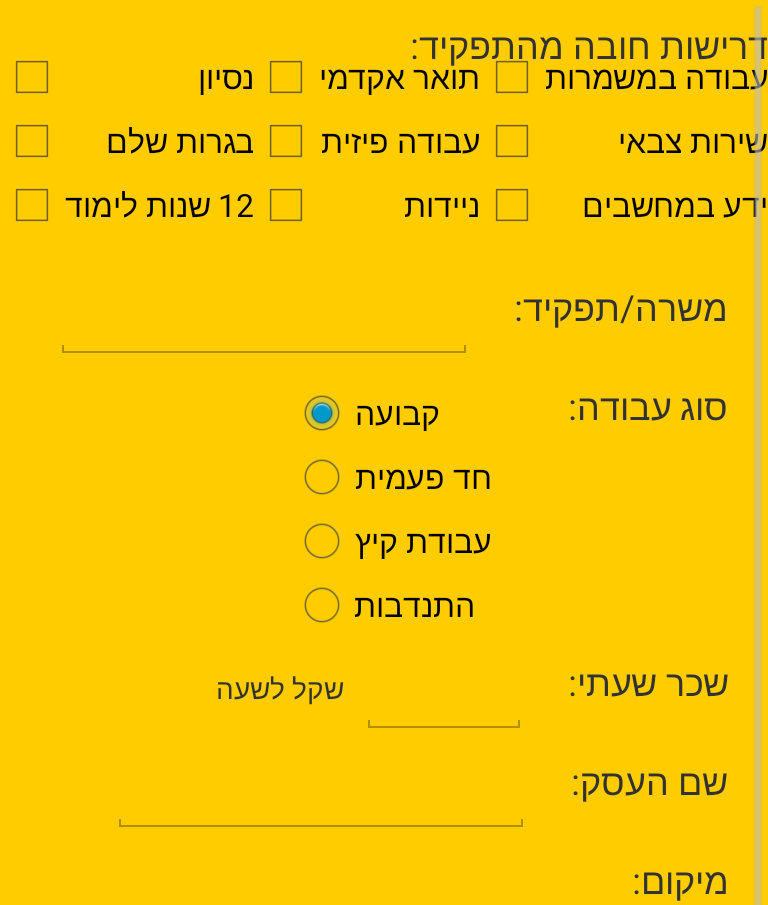
Repository: rodi055/jobli
Layout: Jobli/res/layout/fragment_create_job.xml
The author's editor kept a copy of each file at every save. The layout is drawn from the files as they stood at one save, then again after the next save.
The pictures show rows 0 to 905 of an output 1280 px tall.
Pictures or frames that could not be fetched are drawn as grey boxes. It is drawn on a 768 x 1280 px phone screen (xhdpi) without system bars, with theme AppTheme; the app's code is not run. The app's manifest (not shown) leaves right-to-left support off. So textAlignment, textDirection and layoutDirection are ignored, and left and right values win over start and end ones.

Above is the layout before, as saved 2015-01-03 12:40:52.

After the next save:
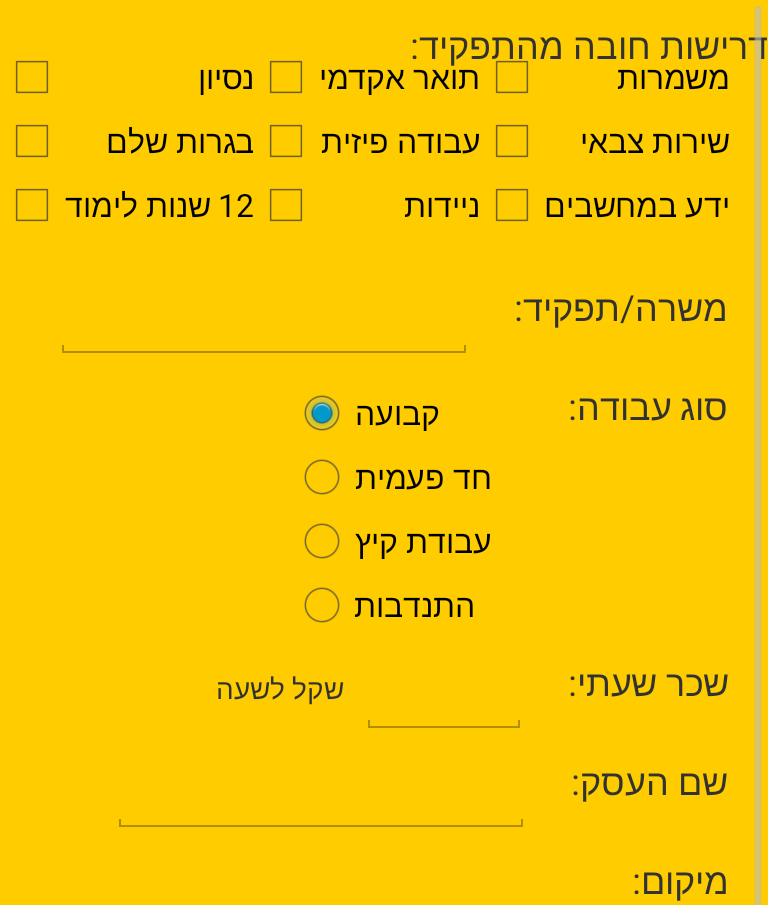
Saved 31 s later.
--- a/Jobli/res/layout/fragment_create_job.xml
+++ b/Jobli/res/layout/fragment_create_job.xml
@@ -47,7 +47,7 @@
                             android:id="@+id/checkBox22"
                             android:layout_width="wrap_content"
                             android:layout_height="wrap_content"
-                            android:text="עבודה במשמרות" />
+                            android:text="משמרות" />
                     </TableRow>
 
                     <TableRow
